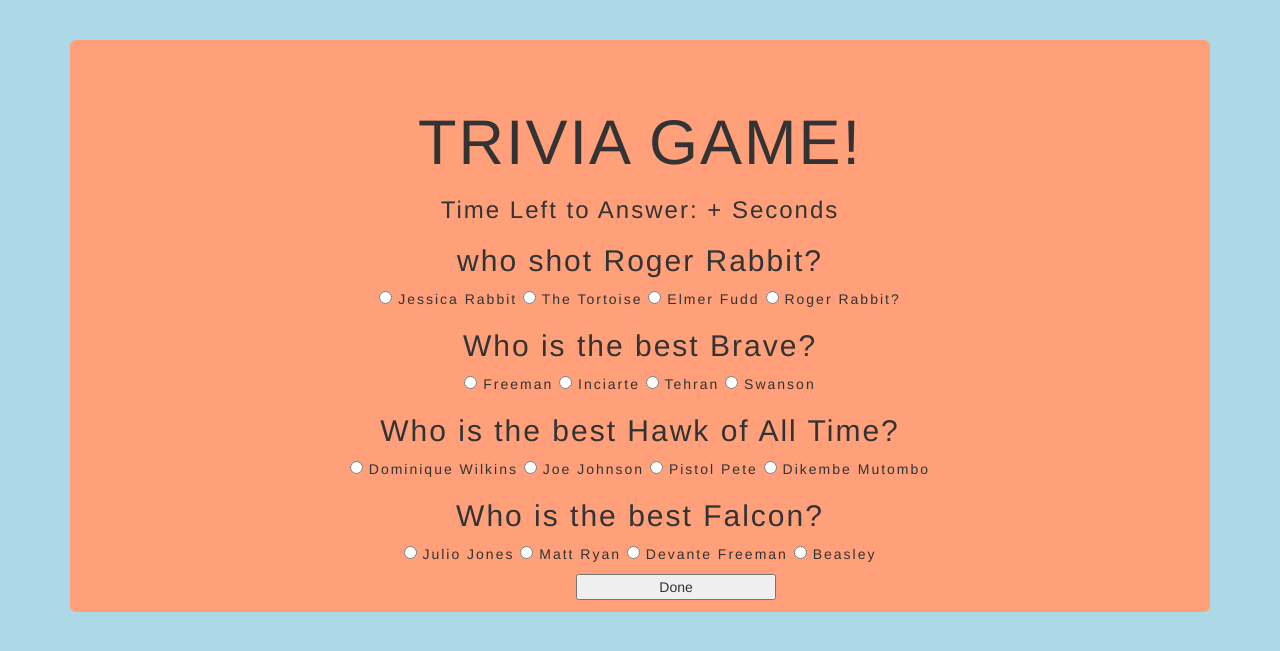
Repository: phiniezyc/TriviaGame
Page: index.html
These files come from the project's save history. The page is drawn as it stood at one moment and after a run of saves; the edit follows.
The browser window is 1280 px wide. The pictures show the whole page.
After loading, the first visible `#startGameButton` was clicked once.
Some web libraries are served in a nearby version.

Above is the page before, as saved 2017-09-14 01:53:12.
Console error: TypeError: "#timeLeft".html is not a function

### index.html
<!DOCTYPE html>
<html lang="">
<head>
    <meta charset="utf-8">
    <meta name="viewport" content="width=device-width, initial-scale=1.0">
    <title>Quiz Game</title>
    <link rel="stylesheet" href="https://maxcdn.bootstrapcdn.com/bootstrap/3.3.7/css/bootstrap.min.css">
    <link rel="stylesheet" href="assets/css/style.css">
</head>

<body>

<div class="container">
<div class="row">

</div>
</div>
<div class="container">
    <div class="jumbotron">
        <div>
            <h1 id="gameHeading">TRIVIA GAME!</h1>
        </div>
        <div id="questionSection">
            <button id="startGameButton">Start Game</button>
        </div>
    </div>
</div>



<script src="https://ajax.googleapis.com/ajax/libs/jquery/3.2.1/jquery.min.js"></script>
<script src="assets/javascript/app.js"></script>
</body>
</html>

### assets/css/style.css
body {
    background-color: lightblue;
}



button {
    /*margin-left: 45%;*/
    /*text-align: center;*/
    width: 200px;
    position: absolute;
    left: 45%;
}


.jumbotron {
    background-color: lightsalmon;
    margin-top: 40px;
    text-align: center;
    letter-spacing: 2px;
}

#gameHeading {
    text-align: center;
}


#doneButton {
    margin-top: 10px;
}

/*
.!*answerSections {

    height: 100px;
    border-style: solid;
    border-width: 5px;
    text-align: center;
    font-size: 35px;
    width: 75%;
    margin: 0 auto;
    padding-top: 15px;
} *!*/

### assets/javascript/app.js

$("#startGameButton").on("click", function () {
    trivaScoring.startTimer();
    /* $("#startGameButton").remove();
    for (var i = 0; i < questions.length; i++) {
        $("#questionSection").append("<h2>" + questions[i].question + "</h2>");
        for (var j = 0; j < questions[i].answers.length; j++) {
            $("#questionSection").append("<input type = 'radio' name= 'questionsToAsk" + i + " 'value' " + questions[i].answers[j] + "'>" + questions[i].answers[j])
        }
    }
    $("#questionSection").after("<button value = 'hello' id = 'doneButton'> Done"); */
});

var questions = [{
    question: " who shot Roger Rabbit? ",
    answers: [" Jessica Rabbit ", " The Tortoise ", " Elmer Fudd ", " Roger Rabbit? "],
    correctAnswer: " Jessica Rabbit "
}, {
    question: " Who is the best Brave? ",
    answers: [" Freeman ", " Inciarte ", " Tehran ", " Swanson "],
    correctAnswer: "Freeman"
}, {
    question: " Who is the best Hawk of All Time? ",
    answers: [" Dominique Wilkins ", " Joe Johnson ", " Pistol Pete ", " Dikembe Mutombo "],
    correctAnswer: " Dominique Wilkins "
}, {
    question: " Who is the best Falcon? ",
    answers: [" Julio Jones ", " Matt Ryan ", " Devante Freeman ", " Beasley "],
    correctAnswer: " Julio Jones "
}];


var trivaScoring = {
    correct: 0,
    incorrect: 0,
    counter: 60,
    timeLeft: function() {
        trivaScoring.counter--;
        ("#timeLeft").html(trivaScoring.counter);
        if (trivaScoring.counter === 0) {
            console.log("You're done!");
            trivaScoring.over();
        }
    },
    startTimer: function() {
        timer = setInterval(trivaScoring.timeLeft, 1000);
        $("#questionSection").prepend("<h3>Time Left to Answer: <span id = 'timeLeft'> + </span> Seconds </h3>");
        $("#startGameButton").remove();
        for (var i = 0; i < questions.length; i++) {
            $("#questionSection").append("<h2>" + questions[i].question + "</h2>");
            for (var j = 0; j < questions[i].answers.length; j++) {
                $("#questionSection").append("<input type = 'radio' name= 'questionsToAsk" + i + " 'value' " + questions[i].answers[j] + "'>" + questions[i].answers[j])
            }
        }
        $("#questionSection").after("<button value = 'hello' id = 'doneButton'> Done");
    }


}

After the next 3 saves:
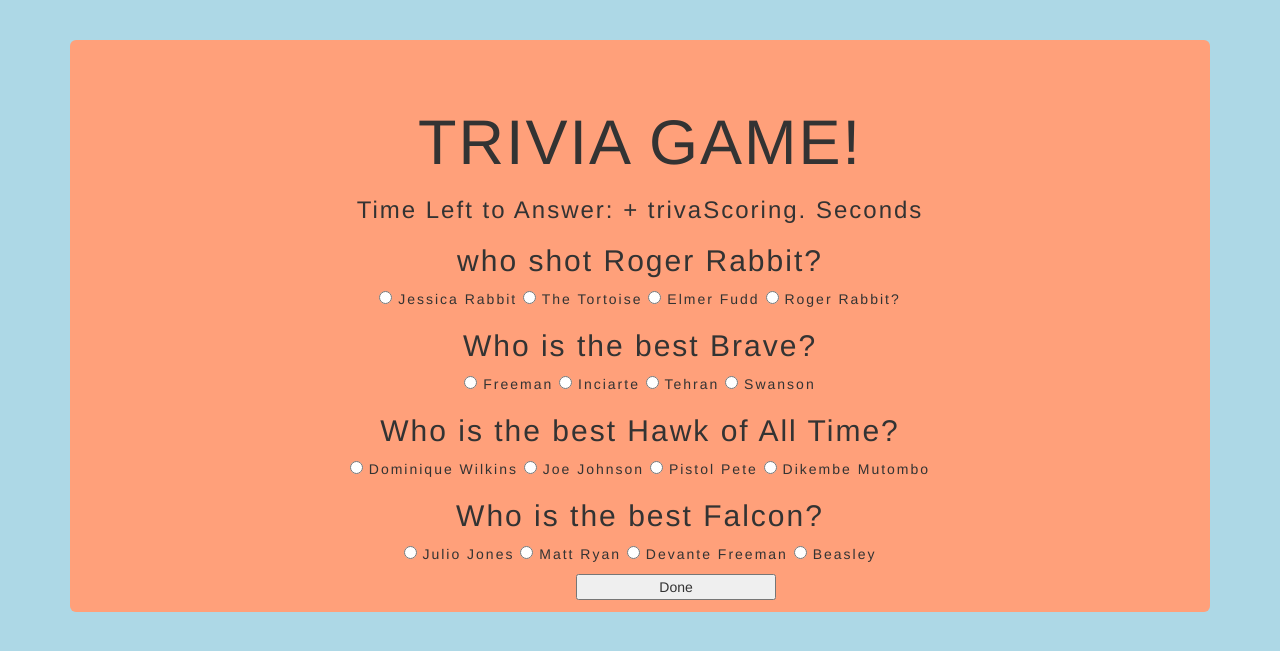
The 3 saves are shown as one change because they came seconds apart.
The last was saved 15 s later.
--- a/assets/javascript/app.js
+++ b/assets/javascript/app.js
@@ -44,7 +44,7 @@
     },
     startTimer: function() {
         timer = setInterval(trivaScoring.timeLeft, 1000);
-        $("#questionSection").prepend("<h3>Time Left to Answer: <span id = 'timeLeft'> + </span> Seconds </h3>");
+        $("#questionSection").prepend("<h3>Time Left to Answer: <span id = 'timeLeft'> + trivaScoring. </span> Seconds </h3>");
         $("#startGameButton").remove();
         for (var i = 0; i < questions.length; i++) {
             $("#questionSection").append("<h2>" + questions[i].question + "</h2>");
